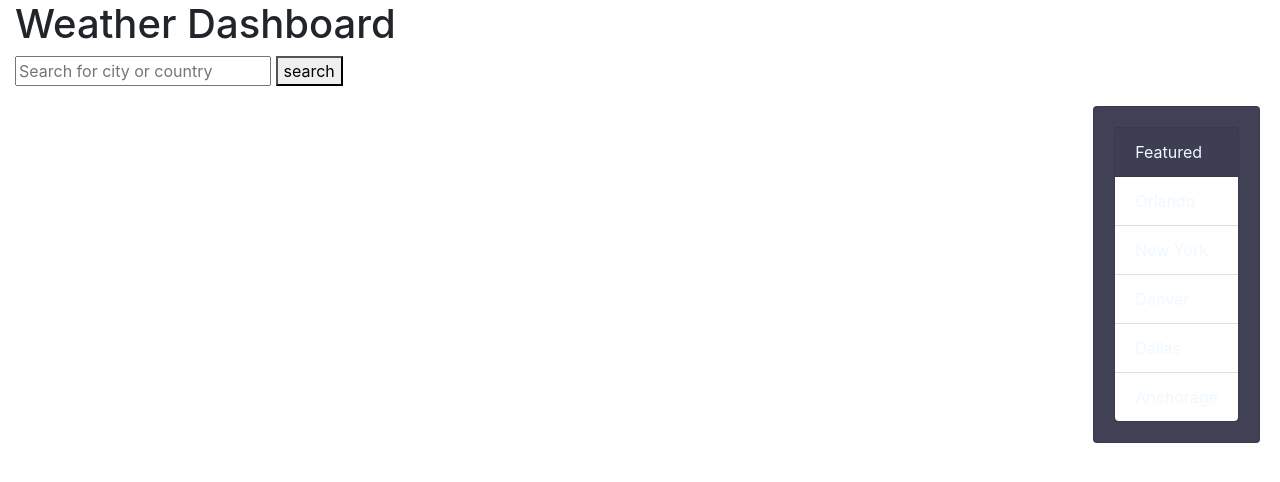
Repository: cobalt88/weather-forecast-app
Page: index.html
The author's editor kept a copy of each file at every save. The page is drawn from the files as they stood at one save, then again after the next save.
The browser window is 1280 px wide. The pictures show the whole page.
Some web libraries are served in a nearby version.

Above is the page before, as saved 2022-05-21 16:47:39.

### index.html
<!DOCTYPE html>
<html lang="en">
  <head>
    <meta charset="UTF-8" />
    <meta http-equiv="X-UA-Compatible" content="IE=edge" />
    <meta name="viewport" content="width=device-width, initial-scale=1.0" />
    <link
      rel="stylesheet"
      href="https://stackpath.bootstrapcdn.com/bootstrap/4.3.1/css/bootstrap.min.css"
    />
    <link
      rel="stylesheet"
      href="https://use.fontawesome.com/releases/v5.8.1/css/all.css"
      integrity="sha384-50oBUHEmvpQ+1lW4y57PTFmhCaXp0ML5d60M1M7uH2+nqUivzIebhndOJK28anvf"
      crossorigin="anonymous"
    />
    <link
      href="https://fonts.googleapis.com/css?family=Open+Sans&display=swap"
      rel="stylesheet"
    />

    <link href="./assets/style.css" rel="stylesheet" />
    <title>Weather</title>
  </head>

  <body>
    <header>
      <h1 class="center col-12">Weather Dashboard</h1>
    </header>
    <div class="col-xl-4 col-lg-4 col-md-4 col-sm-4 col-4">
      <input
        type="text"
        id="searchInput"
        placeholder="Search for city or country"
      />
      <button type="button" id="search-button">search</button>
    </div>
    <div id="current-day" class="cardContainer">
      <div class="card" id="history">

      </div>
    </div>
    <div id="5-day-container" class="cardContainer">
    </div>
    <script src="https://code.jquery.com/jquery-3.4.1.min.js"></script>
    <script src="https://cdnjs.cloudflare.com/ajax/libs/moment.js/2.20.1/moment.min.js"></script>
    <script src="./assets/logic_2.js"></script>
  </body>
</html>

### assets/style.css
.card {
  display: flex;
  background-color: rgb(65, 65, 85);
  color: aliceblue;
  margin: 20px;
}

#today {
  display: flex;
  width: 60%;
  max-height: 500px;
  align-self: flex-end;
}

img {
  max-height: 100px;
  max-width: 100px;
}

.cardContainer {
  display: flex;
  flex-direction: row;
  justify-content: flex-end;
  flex-wrap: wrap;
}

.cityList {
  display: flex;
  flex-direction: row;
  width: 25%;
  max-width: 500px;
}

.uvMin{
  color: green;
}

.uvModerate {
  color: rgb(254, 254, 68);
}

.uvHigh {
  color: orange;
}

.uvSevere {
  color: red;
}

.uvExtreme {
  color: violet
}

### assets/logic_2.js

const apiKey = '486a30fe2a4040f404391459060015ad';
var displayArr = [];
var geoArr = [];
var oneCallDataArr = [];
var searchInput = localStorage.getItem('lastSearch');
var lat = '';
var lon = '';
var forecastContainer = document.getElementById('5-day-container');
var currentDay = document.getElementById('current-day');
const history = document.getElementById('history');
const historyArr = ['Orlando', 'New York', 'Denver', 'Dallas', 'Anchorage'];

function geoLocate() {
  var requestLocationUrl = `https://api.openweathermap.org/geo/1.0/direct?q=${searchInput}&limit=1&appid=${apiKey}`
  fetch(requestLocationUrl)
  .then(function(response){
    return response.json();
  })
  .then(function(currentLocation) {
    let tempArr = [];
    tempArr.push(currentLocation);
    geoArr = tempArr;
    let lat2 = geoArr[0][0].lat;
    lat = lat2;
    let lon2 = geoArr[0][0].lon;
    lon = lon2;
  })
.then(function(){
    oneCall();
  });
};

function oneCall() {
  let oneCallApi = `https://api.openweathermap.org/data/2.5/onecall?lat=${lat}&lon=${lon}&exclude=minutely&appid=${apiKey}`
  fetch(oneCallApi)
  .then(function(response){
    return response.json();
  })
  .then(function(allData) {
    let tempArr = [];
    tempArr.push(allData)
    oneCallDataArr = tempArr;
    forecastDisplayHandler();
  })
  .then(function(){
    // console.log(oneCallDataArr)
  })
};

  function kelvinToImperial (x) {
    Math.round((x - 273.15) * 1.8 + 32);
  }



const forecastDisplayHandler = async() => {
  forecastContainer.innerHTML = '';
  var now = moment().format('dddd MMMM do YYYY, h:mm a');
  var currentCity = geoArr[0][0].name;
  //note to self, add function to convert current time to unix time with moments and compare to values in this object to get current temp
  let tempKd = oneCallDataArr[0].daily[0].temp.day;
  let tempKmax = oneCallDataArr[0].hourly[0].temp.max;
  let tempKmin = oneCallDataArr[0].daily[0].temp.min;
  let tempKe = oneCallDataArr[0].daily[0].temp.eve;

  let tempFd = Math.round((tempKd - 273.15) * 1.8 + 32);
  let tempFmin = Math.round((tempKmin - 273.15) * 1.8 + 32);
  let tempFmax = Math.round((tempKmax - 273.15) * 1.8 + 32);
  let tempFe = Math.round((tempKe - 273.15) * 1.8 + 32);

  let windSpeed = oneCallDataArr[0].daily[0].wind_speed;
  let windGust = oneCallDataArr[0].daily[0].wind_gust;
  let windDir = oneCallDataArr[0].daily[0].wind_deg;
  let humidity = oneCallDataArr[0].daily[0].humidity;
  let uvIndex = oneCallDataArr[0].daily[0].uvi;
  let icon = oneCallDataArr[0].daily[0].weather[0].icon;
  let uvStyle = (uvIndex < 2) ? 'uvMin' : (uvIndex < 5) ? 'uvModerate' : (uvIndex < 7) ? 'uvHigh' : (uvIndex < 10) ? 'uvSevere' : 'uvExtreme';


  let iconSrc = `https://openweathermap.org/img/wn/${icon}@2x.png`

   currentDay.innerHTML =
  `
    <div class="card" id="today">
    <h2 id="city">${currentCity}</h2>
    <h4 id="date">${now}</h4>
    <img src="${iconSrc}" alt="Weather Icon">
    <p id="weather-${i}></p>
    <p id="temp-${i}">Day Temp: ${tempFd}</p>
    <p id="temp-${i}">Evening Temp: ${tempFe}</p>
    <p id="temp-${i}">Max Temp: ${tempFmax}</p>
    <p id="temp-${i}">Min Temp: ${tempFmin}</p>
    <p id="wind-${i}">Average Wind Speed: ${windSpeed}</p>
    <p id="wind-${i}">Wind Gust: ${windGust}</p>
    <p id="humidity-${i}">Relative Humidity: ${humidity}%</p>
    <p id="uv-index${i}" class="${uvStyle}">UV Index: ${uvIndex}</p>
    </div>`;



for (var i = 1; i < 6; i++) {

  let unixTime = oneCallDataArr[0].daily[i].dt;
  let dateString = moment.unix(unixTime).format("MM/DD/YYYY");

  let tempKd = oneCallDataArr[0].daily[i].temp.day;
  let tempKe = oneCallDataArr[0].daily[i].temp.eve;
  let tempKmax = oneCallDataArr[0].daily[i].temp.max;
  let tempKmin = oneCallDataArr[0].daily[i].temp.min;

  let tempFd = Math.round((tempKd - 273.15) * 1.8 + 32);
  // let tempFd = kelvinToImperial(tempKd);
  let tempFe = Math.round((tempKe - 273.15) * 1.8 + 32);
  let tempFmin = Math.round((tempKmin - 273.15) * 1.8 + 32);
  let tempFmax = Math.round((tempKmax - 273.15) * 1.8 + 32);

  let humidity = oneCallDataArr[0].daily[i].humidity;
  let uvIndex = oneCallDataArr[0].daily[i].uvi;
  let icon = oneCallDataArr[0].daily[i].weather[0].icon;
  let uvStyle = (uvIndex < 2) ? 'uvMin' : (uvIndex < 5) ? 'uvModerate' : (uvIndex < 7) ? 'uvHigh' : (uvIndex < 10) ? 'uvSevere' : 'uvExtreme';


  let iconSrc = `https://openweathermap.org/img/wn/${icon}@2x.png`

  forecastContainer.innerHTML +=
      `
      <div id="day ${i}" class="card col-2">
        <h2 id="date" class="card-title">${dateString}</h2>
          <img src="${iconSrc}" class="card-img-top" alt="Weather Icon"/>
            <p id="weather-${i}></p>
            <p id="temp-${i}">Max Temp: ${tempFmin}</p>
            <p id="temp-${i}">Min Temp: ${tempFmax}</p>
            <p id="humidity-${i}">Relative Humidity: ${humidity}%</p>
            <p id="uv-index${i}" class="${uvStyle}">UV Index: ${uvIndex}</p>
      </div>
    `
};
}



const storage = () => {
  storedStuff = localStorage.getItem(city);
  history.push(storedStuff);
}

function displayHistory() {
for(var i = 0; i < searchHistoryArr.length; i++) {

  if (i < 5) {
    var text = searchHistoryArr[i];

    historyContainer.innerHTML +=
      `<li>${text}</li>`
    }
  }
}

$("#search-button").on("click", function () {
  searchInput = $(this).siblings("#searchInput").val();
  localStorage.setItem('city', searchInput);
  geoLocate();
  storage();
});



$(document).ready(function(){
  history.innerHTML = `
  <div class="card" id="history" style="">
  <div class="card-header">
    Featured
  </div>
  <ul class="list-group list-group-flush">
    <li class="list-group-item"> ${historyArr[0]} </li>
    <li class="list-group-item"> ${historyArr[1]} </li>
    <li class="list-group-item"> ${historyArr[2]} </li>
    <li class="list-group-item"> ${historyArr[3]} </li>
    <li class="list-group-item"> ${historyArr[4]} </li>
  </ul>
  </div>
`;

console.log(historyArr[0])
  // loadStorage()
  // displayHistory()
} );

After the next save:
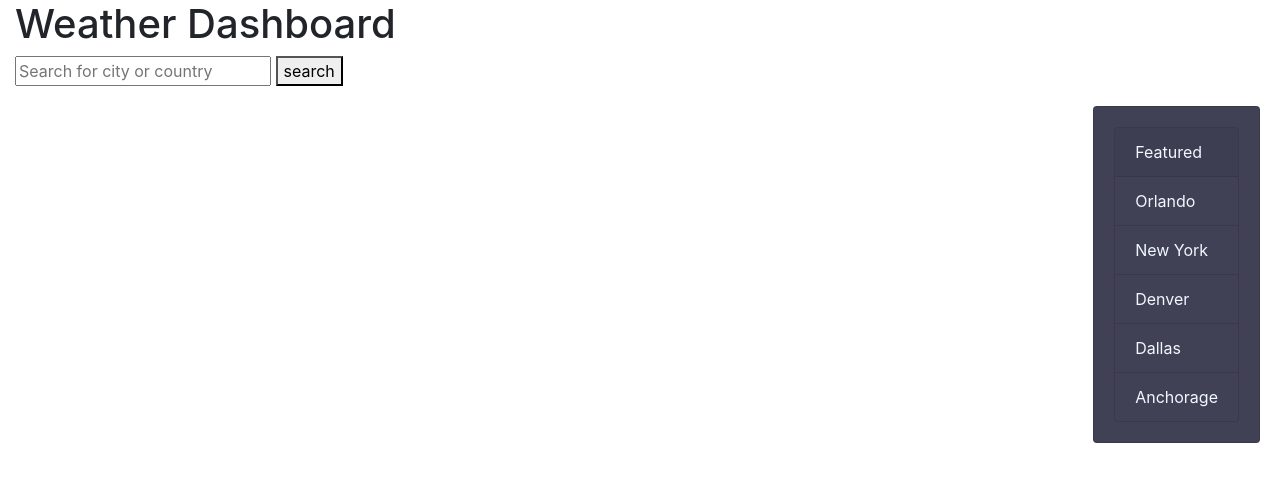
Saved 29 s later.
--- a/assets/style.css
+++ b/assets/style.css
@@ -3,6 +3,10 @@
   background-color: rgb(65, 65, 85);
   color: aliceblue;
   margin: 20px;
+}
+
+.list-group-item {
+  background-color: rgb(65, 65, 85);
 }
 
 #today {
